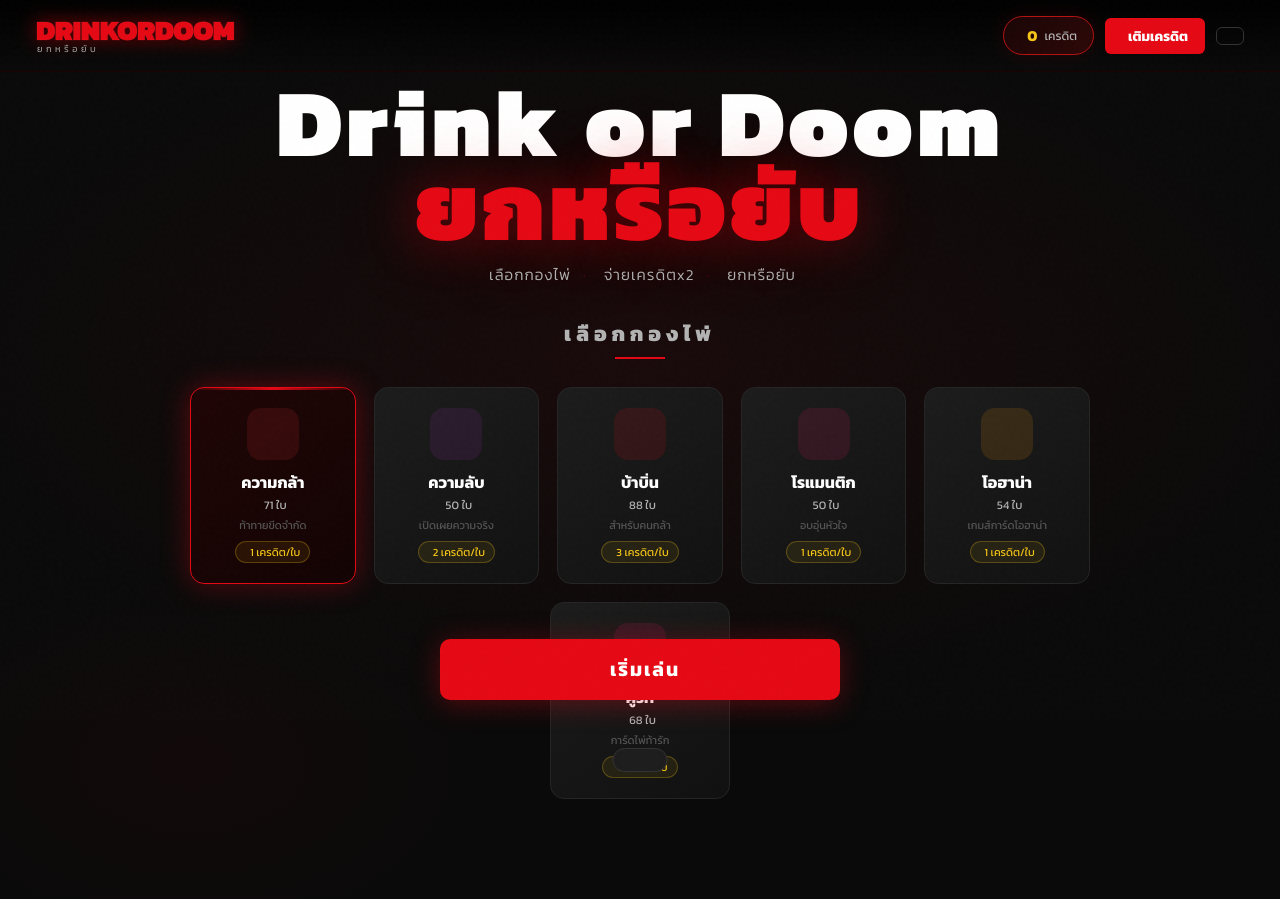
Repository: nuthiokhaw99/Drink-or-Doom.github.io
Page: index.html
The author's editor kept a copy of each file at every save. The page is drawn from the files as they stood at one save, then again after the next save.
The browser window is 1280 px wide. The pictures show the whole page.
After loading, the first visible `div.deck-card` was clicked once.
Some icons come from a web library that is not loaded, so they are not drawn.

Above is the page before, as saved 2026-03-25 20:17:38.
Console error: SyntaxError: Unexpected token ')'

After the next save:
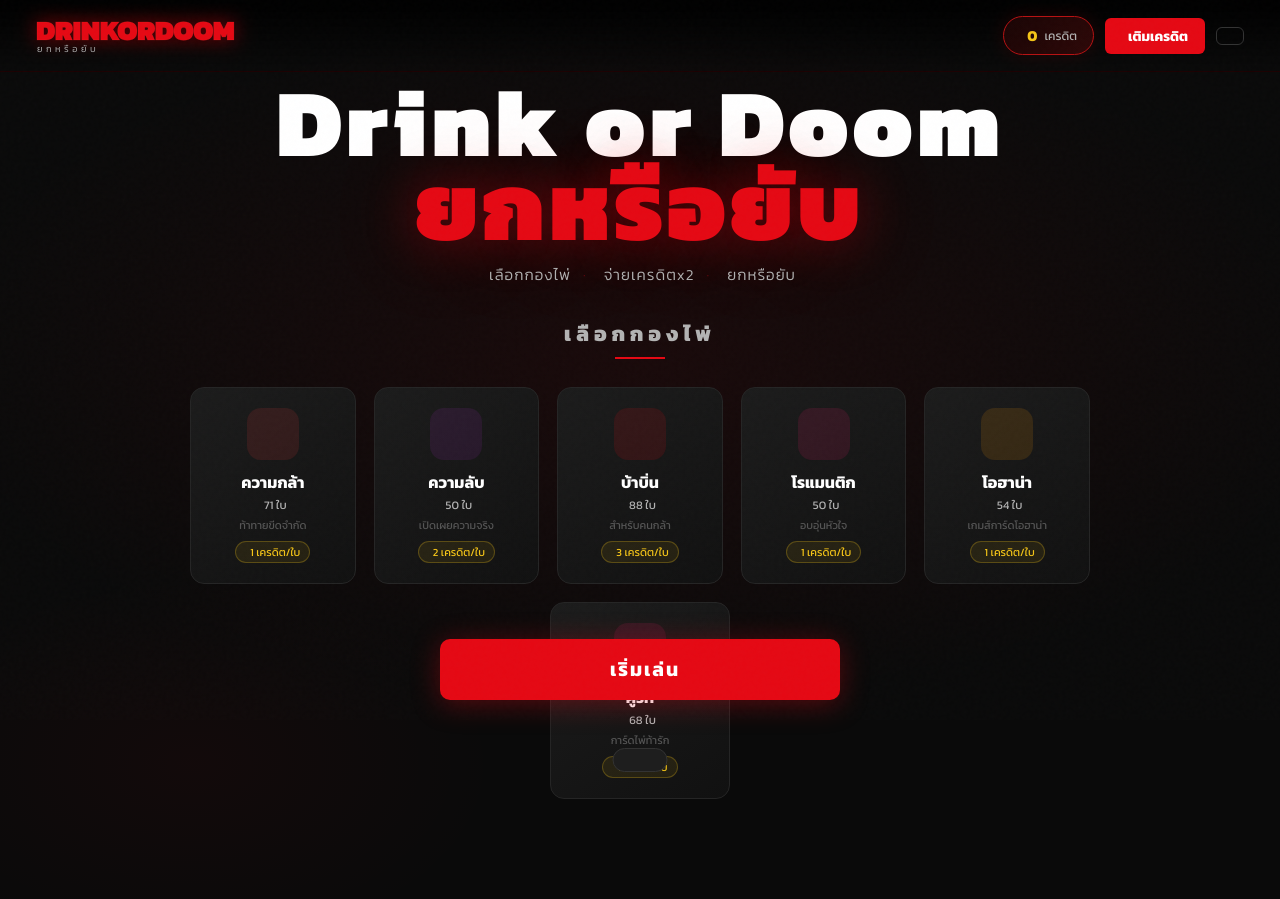
Saved 30 s later.
--- a/js/app.js
+++ b/js/app.js
@@ -65,7 +65,16 @@
       <div class="d-cnt"><i class="fi fi-rr-copy" style="font-size:.7rem;opacity:.5;"></i> ${cnt} ใบ</div>
       ${d.desc ? `<div class="d-desc">${d.desc}</div>` : ''}
       <div class="d-cost"><i class="fi fi-sr-coins" style="font-size:.7rem;"></i> ${d.cost || 1} เครดิต/ใบ</div>`;
-    el.onclick = () => { selDeck = d.id; renderDecks(); };
+    el.onclick = () => {
+  if (selDeck.includes(d.id)) {
+    selDeck = selDeck.filter(id => id !== d.id); // ถ้าเลือกอยู่แล้ว → ยกเลิก
+  } else if (selDeck.length < 3) {
+    selDeck.push(d.id); // เพิ่มได้ไม่เกิน 3
+  } else {
+    toast('เลือกได้สูงสุด 3 กองครับ', 'warning');
+  }
+  renderDecks();
+};
     g.appendChild(el);
   });
   // ถ้า deck ที่เลือกอยู่ถูกซ่อน ให้ reset

After the save that followed:
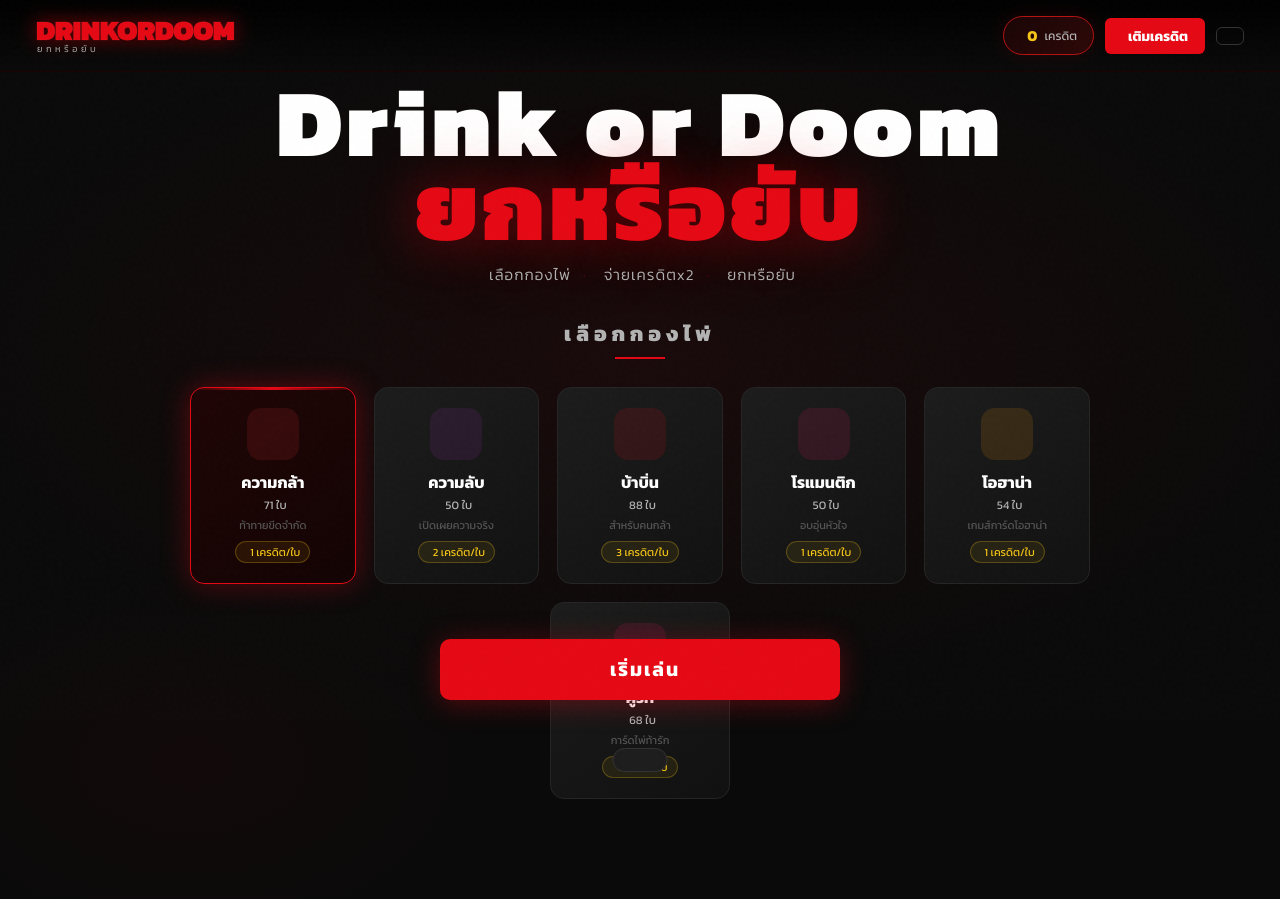
Saved 26 s later.
--- a/js/app.js
+++ b/js/app.js
@@ -58,7 +58,7 @@
     const cnt = (DB.cards[d.id] || []).length;
     const th  = getTh(d);
     const el  = document.createElement('div');
-    el.className = 'deck-card' + (selDeck === d.id ? ' sel' : '');
+    el.className = 'deck-card' + (selDeck.includes(d.id) ? ' sel' : '');
     el.innerHTML = `
       <div class="d-ico-wrap ${th}"><i class="fi ${d.icon || 'fi-sr-layers'}"></i></div>
       <div class="d-name">${d.name}</div>
@@ -66,15 +66,15 @@
       ${d.desc ? `<div class="d-desc">${d.desc}</div>` : ''}
       <div class="d-cost"><i class="fi fi-sr-coins" style="font-size:.7rem;"></i> ${d.cost || 1} เครดิต/ใบ</div>`;
     el.onclick = () => {
-  if (selDeck.includes(d.id)) {
-    selDeck = selDeck.filter(id => id !== d.id); // ถ้าเลือกอยู่แล้ว → ยกเลิก
-  } else if (selDeck.length < 3) {
-    selDeck.push(d.id); // เพิ่มได้ไม่เกิน 3
-  } else {
-    toast('เลือกได้สูงสุด 3 กองครับ', 'warning');
-  }
-  renderDecks();
-};
+      if (selDeck.includes(d.id)) {
+        selDeck = selDeck.filter(id => id !== d.id); // ถ้าเลือกอยู่แล้ว → ยกเลิก
+      } else if (selDeck.length < 3) {
+        selDeck.push(d.id); // เพิ่มได้ไม่เกิน 3
+      } else {
+        toast('เลือกได้สูงสุด 3 กองครับ', 'warning');
+      }
+      renderDecks();
+    };
     g.appendChild(el);
   });
   // ถ้า deck ที่เลือกอยู่ถูกซ่อน ให้ reset
